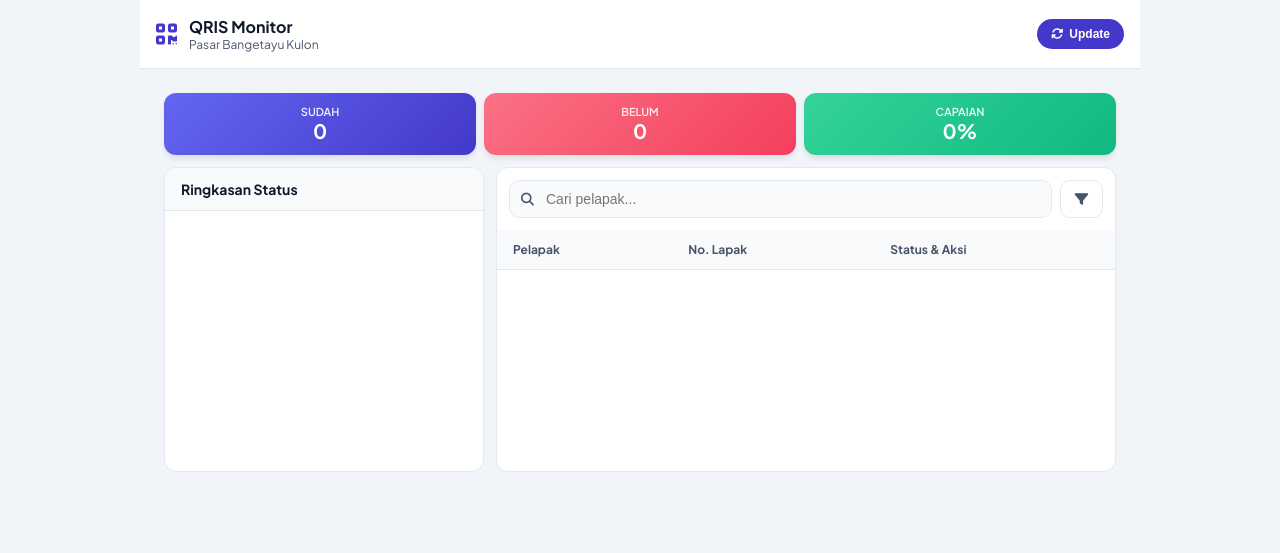
Repository: pasarrakyatbak/monitoringqrispelapak
Page: qris.html
The author's editor kept a copy of each file at every save. The page is drawn from the files as they stood at one save, then again after the next save.
The browser window is 1280 px wide. The pictures show the whole page.
The page's requests for data from a server got no answer.

Above is the page before, as saved 2026-01-06 19:25:06.

### qris.html
<!DOCTYPE html>
<html lang="id">

<head>
    <meta charset="UTF-8">
    <meta name="viewport" content="width=device-width, initial-scale=1.0, maximum-scale=1.0, user-scalable=no">
    <title>Monitoring QRIS | Pasar Rakyat</title>
    <link href="https://fonts.googleapis.com/css2?family=Plus+Jakarta+Sans:wght@400;500;600;700&display=swap"
        rel="stylesheet">
    <link rel="stylesheet" href="https://cdnjs.cloudflare.com/ajax/libs/font-awesome/6.4.0/css/all.min.css">
    <link rel="stylesheet" href="qris.css">
    <script src="https://cdn.jsdelivr.net/npm/chart.js"></script>
</head>

<body>

    <div class="app-shell">
        <header class="top-nav">
            <div class="brand">
                <i class="fas fa-qrcode"></i>
                <div>
                    <h1>QRIS Monitor</h1>
                    <p>Pasar Bangetayu Kulon</p>
                </div>
            </div>
            <button class="refresh-pill" onclick="init()">
                <i class="fas fa-sync-alt"></i> <span>Update</span>
            </button>
        </header>

        <main class="main-content">
            <div class="stat-grid">
                <div class="s-card blue">
                    <p>Sudah</p>
                    <h3 id="jmlSudah">0</h3>
                </div>
                <div class="s-card rose">
                    <p>Belum</p>
                    <h3 id="jmlBelum">0</h3>
                </div>
                <div class="s-card emerald">
                    <p>Capaian</p>
                    <h3 id="persenQRIS">0%</h3>
                </div>
            </div>

            <div class="dashboard-layout">
                <section class="panel chart-panel">
                    <div class="panel-header">Ringkasan Status</div>
                    <div class="chart-container">
                        <canvas id="chartQRIS"></canvas>
                    </div>
                </section>

                <section class="panel list-panel">
                    <div class="search-bar">
                        <div class="input-group">
                            <i class="fas fa-search"></i>
                            <input type="text" id="searchLapak" placeholder="Cari pelapak..." onkeyup="filterLapak()">
                        </div>
                        <button class="filter-toggle" onclick="filterBelumQRIS()">
                            <i class="fas fa-filter"></i>
                        </button>
                    </div>

                    <div class="data-wrapper">
                        <table id="tableQRIS">
                            <thead>
                                <tr>
                                    <th>Pelapak</th>
                                    <th>No. Lapak</th>
                                    <th>Status & Aksi</th>
                                </tr>
                            </thead>
                            <tbody id="dataQRIS">
                            </tbody>
                        </table>
                    </div>
                </section>
            </div>
        </main>
    </div>

    <div id="toast" class="toast">Berhasil diperbarui!</div>

    <script src="qris.js"></script>
</body>

</html>

### qris.css
:root {
    --primary: #4338ca;
    --emerald: #10b981;
    --rose: #f43f5e;
    --slate-50: #f8fafc;
    --slate-200: #e2e8f0;
    --slate-600: #475569;
    --slate-900: #0f172a;
    --white: #ffffff;
    --radius: 12px;
}

* {
    margin: 0;
    padding: 0;
    box-sizing: border-box;
    -webkit-tap-highlight-color: transparent;
}

body {
    font-family: 'Plus Jakarta Sans', sans-serif;
    background: #f1f5f9;
    color: var(--slate-900);
    overflow-x: hidden;
}

/* Layout Shell */
.app-shell {
    max-width: 1000px;
    margin: 0 auto;
}

/* Navigation */
.top-nav {
    display: flex;
    justify-content: space-between;
    align-items: center;
    padding: 16px;
    background: var(--white);
    border-bottom: 1px solid var(--slate-200);
    position: sticky;
    top: 0;
    z-index: 100;
}

.brand {
    display: flex;
    align-items: center;
    gap: 12px;
}

.brand i {
    font-size: 24px;
    color: var(--primary);
}

.brand h1 {
    font-size: 16px;
    font-weight: 700;
}

.brand p {
    font-size: 12px;
    color: var(--slate-600);
}

.refresh-pill {
    padding: 8px 14px;
    border-radius: 20px;
    border: none;
    background: var(--primary);
    color: white;
    font-weight: 600;
    font-size: 12px;
    cursor: pointer;
    display: flex;
    gap: 6px;
    align-items: center;
}

/* Spacing & Grid */
.main-content {
    padding: 12px;
}

.stat-grid {
    display: grid;
    grid-template-columns: repeat(3, 1fr);
    gap: 8px;
    margin-bottom: 12px;
}

.s-card {
    padding: 12px 8px;
    border-radius: var(--radius);
    text-align: center;
    color: white;
    box-shadow: 0 4px 6px -1px rgba(0, 0, 0, 0.1);
}

.s-card.blue {
    background: linear-gradient(135deg, #6366f1, #4338ca);
}

.s-card.rose {
    background: linear-gradient(135deg, #fb7185, #f43f5e);
}

.s-card.emerald {
    background: linear-gradient(135deg, #34d399, #10b981);
}

.s-card p {
    font-size: 11px;
    opacity: 0.9;
    text-transform: uppercase;
    font-weight: 600;
}

.s-card h3 {
    font-size: 20px;
    font-weight: 700;
}

.dashboard-layout {
    display: grid;
    grid-template-columns: 1fr;
    gap: 12px;
}

/* Panels */
.panel {
    background: var(--white);
    border-radius: var(--radius);
    border: 1px solid var(--slate-200);
    overflow: hidden;
}

.panel-header {
    padding: 12px 16px;
    font-weight: 700;
    font-size: 14px;
    border-bottom: 1px solid var(--slate-200);
    background: var(--slate-50);
}

.chart-container {
    padding: 16px;
    height: 260px;
    display: flex;
    justify-content: center;
}

/* Table Styles - Full Mobile Optimization */
.search-bar {
    padding: 12px;
    display: flex;
    gap: 8px;
}

.input-group {
    position: relative;
    flex: 1;
}

.input-group i {
    position: absolute;
    left: 12px;
    top: 50%;
    transform: translateY(-50%);
    color: var(--slate-600);
    font-size: 13px;
}

.input-group input {
    width: 100%;
    padding: 10px 10px 10px 36px;
    border-radius: 10px;
    border: 1px solid var(--slate-200);
    background: var(--slate-50);
    font-size: 14px;
    outline: none;
}

.filter-toggle {
    padding: 10px 14px;
    border-radius: 10px;
    border: 1px solid var(--slate-200);
    background: white;
    color: var(--slate-600);
}

table {
    width: 100%;
    border-collapse: collapse;
}

th {
    text-align: left;
    padding: 12px 16px;
    background: var(--slate-50);
    font-size: 12px;
    color: var(--slate-600);
    border-bottom: 1px solid var(--slate-200);
}

td {
    padding: 12px 16px;
    border-bottom: 1px solid var(--slate-200);
    font-size: 14px;
}

.status-badge {
    padding: 4px 8px;
    border-radius: 6px;
    font-size: 11px;
    font-weight: 700;
    text-transform: uppercase;
}

.bg-s {
    background: #dcfce7;
    color: #166534;
}

.bg-b {
    background: #fee2e2;
    color: #991b1b;
}

.action-row {
    display: flex;
    flex-direction: column;
    gap: 6px;
    margin-top: 8px;
}

.btn-save {
    padding: 8px;
    border-radius: 8px;
    border: none;
    background: var(--primary);
    color: white;
    font-weight: 600;
    font-size: 12px;
    cursor: pointer;
}

/* MOBILE BREAKPOINT */
@media (max-width: 600px) {
    .main-content {
        padding: 8px;
    }

    .stat-grid {
        gap: 6px;
    }

    /* Transform Table to Cards */
    thead {
        display: none;
    }

    tr {
        display: block;
        padding: 16px;
        border-bottom: 8px solid var(--slate-50);
    }

    td {
        display: block;
        padding: 0;
        border: none;
        margin-bottom: 10px;
    }

    td:last-child {
        margin-bottom: 0;
    }

    td[data-label="Pelapak"] {
        font-weight: 700;
        font-size: 15px;
    }

    td[data-label="No. Lapak"]::before {
        content: "Lapak: ";
        color: var(--slate-600);
        font-weight: 400;
        font-size: 13px;
    }

    td[data-label="Aksi"] {
        background: var(--slate-50);
        padding: 12px;
        border-radius: 8px;
        margin-top: 8px;
    }
}

@media (min-width: 800px) {
    .dashboard-layout {
        grid-template-columns: 320px 1fr;
    }

    .main-content {
        padding: 24px;
    }
}

/* Toast Animation */
.toast {
    position: fixed;
    bottom: 20px;
    left: 50%;
    transform: translateX(-50%);
    background: var(--slate-900);
    color: white;
    padding: 10px 24px;
    border-radius: 30px;
    font-size: 13px;
    display: none;
    z-index: 1000;
    box-shadow: 0 10px 15px -3px rgba(0, 0, 0, 0.3);
}

### qris.js
const API_URL = "https://script.google.com/macros/s/AKfycby4z2qZ24SrJkcyGpybH29lSUC_3_z1LG-7wSmTzpaOEXrwjXf0Cl3hqkg95qAxPj1-/exec";

let masterData = [];
let chart;

async function init() {
    await Promise.all([fetchData(), fetchStats()]);
}

async function fetchData() {
    const res = await fetch(`${API_URL}?action=listQRIS`);
    const json = await res.json();
    masterData = json.data;
    renderData(masterData);
}

async function fetchStats() {
    const res = await fetch(`${API_URL}?action=statistikQRIS`);
    const d = await res.json();

    document.getElementById("jmlSudah").innerText = d.sudah;
    document.getElementById("jmlBelum").innerText = d.belum;
    const p = Math.round((d.sudah / d.totalPelapak) * 100) || 0;
    document.getElementById("persenQRIS").innerText = p + "%";

    drawChart(d.sudah, d.belum);
}

function renderData(data) {
    const container = document.getElementById("dataQRIS");
    container.innerHTML = data.map(d => `
        <tr>
            <td data-label="Pelapak">
                <div>${d.nama}</div>
                <span class="status-badge ${d.statusQRIS === 'Sudah' ? 'bg-s' : 'bg-b'}">${d.statusQRIS}</span>
            </td>
            <td data-label="No. Lapak">
                <input type="text" class="input-group" style="padding: 6px 10px" id="lapak-${d.no}" value="${d.nomorLapak || ''}">
            </td>
            <td data-label="Aksi">
                <div class="action-row">
                    <select id="status-${d.no}" style="padding: 6px; border-radius: 6px; border: 1px solid #ddd">
                        <option value="Belum" ${d.statusQRIS === 'Belum' ? 'selected' : ''}>Belum QRIS</option>
                        <option value="Sudah" ${d.statusQRIS === 'Sudah' ? 'selected' : ''}>Sudah QRIS</option>
                    </select>
                    <button class="btn-save" id="btn-${d.no}" onclick="updateData(${d.no})">Simpan</button>
                </div>
            </td>
        </tr>
    `).join('');
}

async function updateData(no) {
    const btn = document.getElementById(`btn-${no}`);
    const lp = document.getElementById(`lapak-${no}`).value;
    const st = document.getElementById(`status-${no}`).value;

    btn.disabled = true;
    btn.innerText = "Processing...";

    try {
        await fetch(`${API_URL}?action=updateQRISPelapak&no=${no}&nomorLapak=${encodeURIComponent(lp)}&statusQRIS=${st}`, { method: "POST" });
        showToast();
        await init();
    } catch (e) {
        alert("Terjadi kesalahan");
    } finally {
        btn.disabled = false;
        btn.innerText = "Simpan";
    }
}

function drawChart(s, b) {
    const ctx = document.getElementById("chartQRIS");
    if (chart) chart.destroy();

    chart = new Chart(ctx, {
        type: 'doughnut',
        data: {
            labels: ['Sudah QRIS', 'Belum QRIS'],
            datasets: [{
                data: [s, b],
                backgroundColor: ['#4338ca', '#f43f5e'],
                hoverOffset: 10,
                borderWidth: 0,
                borderRadius: 5
            }]
        },
        options: {
            maintainAspectRatio: false,
            cutout: '75%',
            plugins: {
                legend: { position: 'bottom', labels: { usePointStyle: true, font: { size: 12, weight: '600' } } }
            }
        }
    });
}

function filterLapak() {
    const val = document.getElementById("searchLapak").value.toLowerCase();
    renderData(masterData.filter(x => x.nama.toLowerCase().includes(val)));
}

function filterBelumQRIS() {
    renderData(masterData.filter(x => x.statusQRIS !== 'Sudah'));
}

function showToast() {
    const t = document.getElementById("toast");
    t.style.display = "block";
    setTimeout(() => t.style.display = "none", 2500);
}

document.addEventListener("DOMContentLoaded", init);

After the next save:
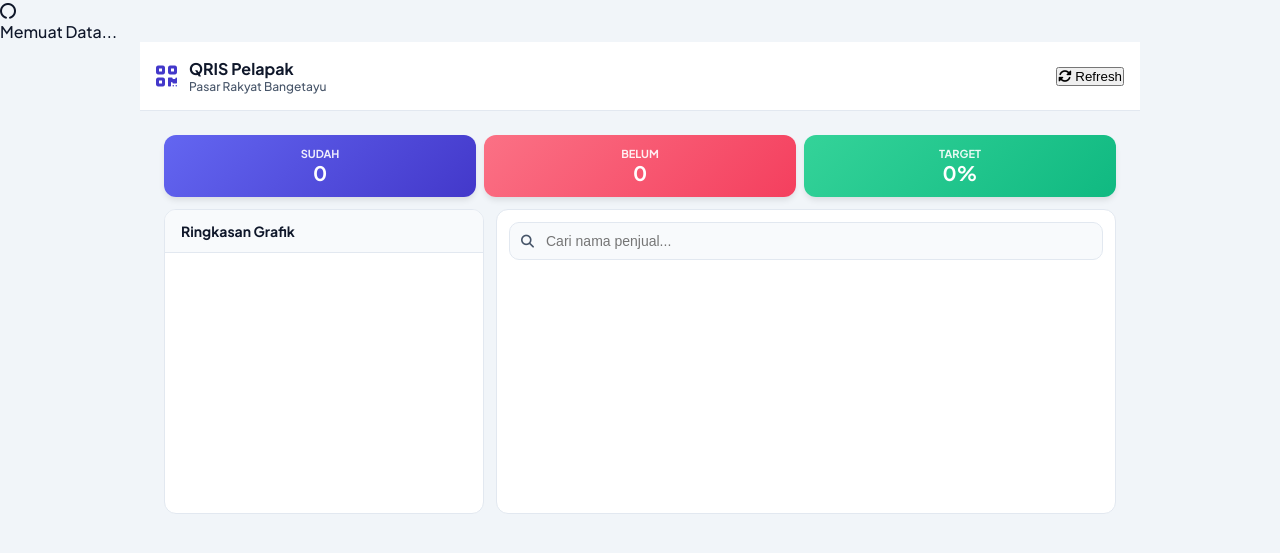
Saved 8 min 42 s later.
--- a/qris.html
+++ b/qris.html
@@ -3,9 +3,9 @@
 
 <head>
     <meta charset="UTF-8">
-    <meta name="viewport" content="width=device-width, initial-scale=1.0, maximum-scale=1.0, user-scalable=no">
-    <title>Monitoring QRIS | Pasar Rakyat</title>
-    <link href="https://fonts.googleapis.com/css2?family=Plus+Jakarta+Sans:wght@400;500;600;700&display=swap"
+    <meta name="viewport" content="width=device-width, initial-scale=1.0, maximum-scale=1.0">
+    <title>Monitoring QRIS - Pelapak</title>
+    <link href="https://fonts.googleapis.com/css2?family=Plus+Jakarta+Sans:wght@500;700;800&display=swap"
         rel="stylesheet">
     <link rel="stylesheet" href="https://cdnjs.cloudflare.com/ajax/libs/font-awesome/6.4.0/css/all.min.css">
     <link rel="stylesheet" href="qris.css">
@@ -14,39 +14,46 @@
 
 <body>
 
+    <div id="loading-overlay" class="overlay">
+        <div class="loader-box">
+            <i class="fas fa-circle-notch fa-spin"></i>
+            <p>Memuat Data...</p>
+        </div>
+    </div>
+
     <div class="app-shell">
         <header class="top-nav">
             <div class="brand">
                 <i class="fas fa-qrcode"></i>
                 <div>
-                    <h1>QRIS Monitor</h1>
-                    <p>Pasar Bangetayu Kulon</p>
+                    <h1>QRIS Pelapak</h1>
+                    <p>Pasar Rakyat Bangetayu</p>
                 </div>
             </div>
-            <button class="refresh-pill" onclick="init()">
-                <i class="fas fa-sync-alt"></i> <span>Update</span>
+            <button class="refresh-btn" onclick="refreshData()" title="Segarkan Data">
+                <i class="fas fa-sync-alt"></i> <span>Refresh</span>
             </button>
         </header>
 
         <main class="main-content">
             <div class="stat-grid">
                 <div class="s-card blue">
-                    <p>Sudah</p>
+                    <p>SUDAH</p>
                     <h3 id="jmlSudah">0</h3>
                 </div>
                 <div class="s-card rose">
-                    <p>Belum</p>
+                    <p>BELUM</p>
                     <h3 id="jmlBelum">0</h3>
                 </div>
                 <div class="s-card emerald">
-                    <p>Capaian</p>
+                    <p>TARGET</p>
                     <h3 id="persenQRIS">0%</h3>
                 </div>
             </div>
 
             <div class="dashboard-layout">
                 <section class="panel chart-panel">
-                    <div class="panel-header">Ringkasan Status</div>
+                    <div class="panel-header">Ringkasan Grafik</div>
                     <div class="chart-container">
                         <canvas id="chartQRIS"></canvas>
                     </div>
@@ -56,32 +63,20 @@
                     <div class="search-bar">
                         <div class="input-group">
                             <i class="fas fa-search"></i>
-                            <input type="text" id="searchLapak" placeholder="Cari pelapak..." onkeyup="filterLapak()">
+                            <input type="text" id="searchLapak" placeholder="Cari nama penjual..."
+                                onkeyup="filterLapak()">
                         </div>
-                        <button class="filter-toggle" onclick="filterBelumQRIS()">
-                            <i class="fas fa-filter"></i>
-                        </button>
                     </div>
 
-                    <div class="data-wrapper">
-                        <table id="tableQRIS">
-                            <thead>
-                                <tr>
-                                    <th>Pelapak</th>
-                                    <th>No. Lapak</th>
-                                    <th>Status & Aksi</th>
-                                </tr>
-                            </thead>
-                            <tbody id="dataQRIS">
-                            </tbody>
-                        </table>
+                    <div id="data-container">
+                        <div id="listPelapak" class="list-pelapak"></div>
                     </div>
                 </section>
             </div>
         </main>
     </div>
 
-    <div id="toast" class="toast">Berhasil diperbarui!</div>
+    <div id="toast" class="toast">Data Berhasil Disimpan!</div>
 
     <script src="qris.js"></script>
 </body>
